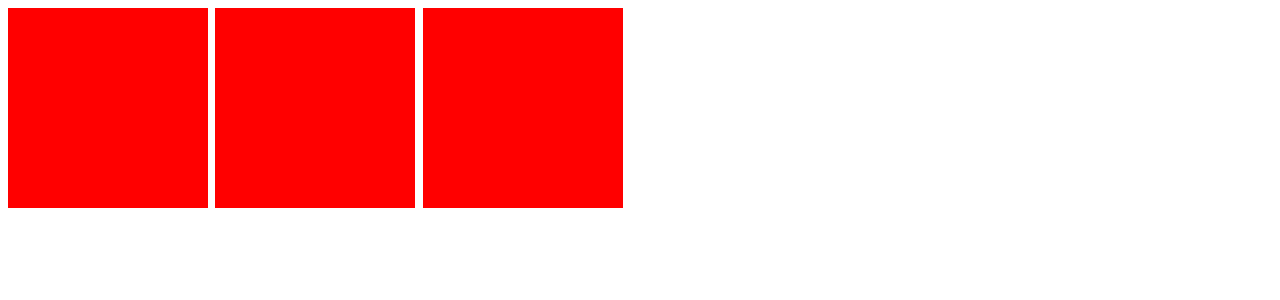
Repository: wonjunknag/kakao-clone
Page: 05-flex/index.html
An editor plug-in stored every save of this project. The page is shown before and after the next save, followed by the edit.
The browser window is 1280 px wide. The pictures show the whole page.

Above is the page before, as saved 2020-07-05 07:27:56.

### 05-flex/index.html
<!DOCTYPE html>
<html lang="en">
  <head>
    <meta charset="UTF-8" />
    <meta name="viewport" content="width=device-width, initial-scale=1.0" />
    <meta http-equiv="X-UA-Compatible" content="ie=edge" />
    <title>Flex</title>
    <style>
      .father {
        display: flex;
      }
      .box {
        width: 200px;
        height: 200px;
        background-color: red;
        margin-right: 7.3px;
      }
    </style>
  </head>
  <body>
    <div class="father">
      <div class="box"></div>
      <div class="box"></div>
      <div class="box"></div>
    </div>
  </body>
</html>

After the next save:
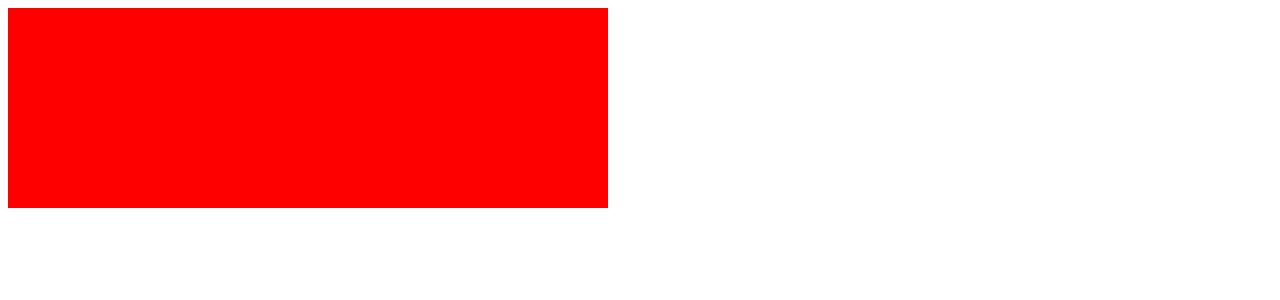
Saved 10 s later.
--- a/05-flex/index.html
+++ b/05-flex/index.html
@@ -13,7 +13,6 @@
         width: 200px;
         height: 200px;
         background-color: red;
-        margin-right: 7.3px;
       }
     </style>
   </head>
